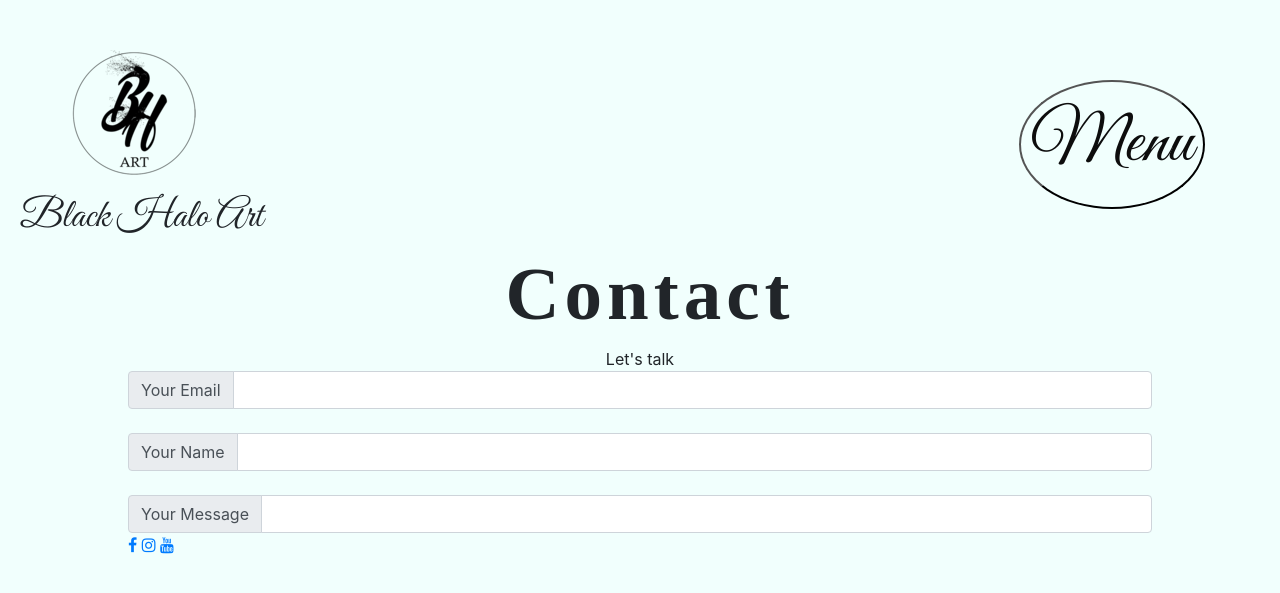
Repository: Cosy-Chaos/project-time
Page: contact.html
The author's editor kept a record of every edit. The page is drawn from the files as they stood at one moment, then again after the next edit.
The browser window is 1280 px wide. The pictures show the whole page.
Some web fonts or font styles are not loaded; a fallback is used.

Above is the page before.

### contact.html
<!DOCTYPE html>
<html lang="en">

<head>
    <meta charset="UTF-8">
    <meta name="viewport" content="width=device-width, initial-scale=1.0">
    <meta http-equiv="X-UA-Compatible" content="ie=edge">
    <link href="https://fonts.googleapis.com/css?family=Cinzel|Fredericka+the+Great|Great+Vibes&display=swap" rel="stylesheet">
    <link rel="stylesheet" href="https://stackpath.bootstrapcdn.com/bootstrap/4.3.1/css/bootstrap.min.css" integrity="sha384-ggOyR0iXCbMQv3Xipma34MD+dH/1fQ784/j6cY/iJTQUOhcWr7x9JvoRxT2MZw1T" crossorigin="anonymous">
    <link rel="stylesheet" href="assets/style_contact.css" type="text/css" />
    <link rel="stylesheet" href="https://stackpath.bootstrapcdn.com/font-awesome/4.7.0/css/font-awesome.min.css" type="text/css" />

    <title>Darja Klusina Art</title>
</head>

<body>

    <div class="main-logo">
        <a href="index.html" alt="Main Page"><img src="assets/logo/logo-small.png" alt="Main_Logo"></a></img>
        <div class="name">
            <h1>Black Halo Art</h1>
            <h2>Contact</h2>
        </div>
        <div class="dropdown">
            <button class="dropbtn">Menu</button>
            <div class="dropdown-content">
                <a href="index.html">Home</a>
                <a href="gallery.html">Gallery</a>
                <a href="about.html">About</a>
                <a href="contact.html">Contact</a>
            </div>
        </div>
    </div>

    <div class="content-wrapper">
        <div class="contact-page site-content">
            <div class="conteiner-small text-center">
                <div class="contact-main">
                    <div class="contact-title title-font">Let's talk</div>
                </div>
            </div>
            <div <div class="input-group">
                <div class="input-group-prepend">
                    <span class="input-group-text">Your Email</span>
                </div>
                <input type="text" aria-label="Your email" class="form-control">
            </div>

            <br>

            <div class="input-group">
                <div class="input-group-prepend">
                    <span class="input-group-text">Your Name</span>
                </div>
                <input type="text" aria-label="Your name" class="form-control">
            </div>

            <br>

            <div class="input-group">
                <div class="input-group-prepend">
                    <span class="input-group-text">Your Message</span>
                </div>
                <input type="text" aria-label="Your message" class="form-control">
            </div>

                <div class="about-social">
        <div class="so-item">

            <a href="https://www.facebook.com/blackhaloartist" target="_blank"><i class="fa fa-facebook"></i></a>
            <a href="https://www.instagram.com/blackhaloart/?fbclid=IwAR0IRtwjyj7-B-Tjv5CWjwHUeW9T6ptEm2dCBusSJtjk9olMUAFV6_Zk6og" target="_blank"><i class="fa fa-instagram"></i></a>
            <a href="https://www.youtube.com/channel/UCi3hfkN2DdiEeLvPHpxXXuQ?fbclid=IwAR0wBTjIhNcOKGbDGRSvACz2A8fbxU-7GMN3wKTMOusY2LFUkzb-oG_WCSA" target="_blank"><i class="fa fa-youtube"></i></a>

        </div>

        </div>
    </div>



</body>

</html>

### assets/style_contact.css
body {
    background-color: #f1fffd;
}



.main-logo {
    padding-top: 50px;
    padding-left: 20px;
    margin: 0;
    text-align: left;

}

.main-logo img {
    padding-left: 50px;
}

.main-logo h1 {
    font-family: 'Great Vibes', cursive;
    padding-top: 15px;
    text-align: left;
}

.main-logo h2 {
    text-align: center;
    font-family: 'Fredericka the Great', cursive;
    font-size: 75px;
    font-weight: 600;
    letter-spacing: 5px;
}

.dropbtn {
    background-color: transparent;
    font-family: 'Great Vibes', cursive;
    color: #0d0d0d;
    font-size: 70px;
    padding: 10px;
    border-radius: 100%;
}

.dropdown {
    position: absolute;
    top: 80px;
    right: 75px;
    display: inline-block;
}


.dropdown-content {
    display: none;
    position: absolute;
    background-color: transparent;
    min-width: 185px;
    box-shadow: 0px 2px 8px 0px #191970;
    z-index: 1;
}


.dropdown-content a {
    color: #0d0d0d;
    font-family: 'Great Vibes', cursive;
    text-align: center;
    font-size: 40px;
    padding: 12px 16px;
    text-decoration: none;
    display: block;
}


.dropdown-content a:hover {
    background-color: #ddd;
}


.dropdown:hover .dropdown-content {
    display: block;
}


.dropdown:hover .dropbtn {
    background-color: transparent;
}

.content-wrapper {
    padding-left: 10%;
    padding-right: 10%;
}
.content-wrapper {
    -webkit-box-flex: 1;
    -ms-flex: 1;
    flex: 1;
    height: initial;
}
.content-wrapper {
    -webkit-box-flex: 1;
    -ms-flex: 1 1 auto;
    flex: 1 1 auto;
    height: 100%;
}

After the next edit:
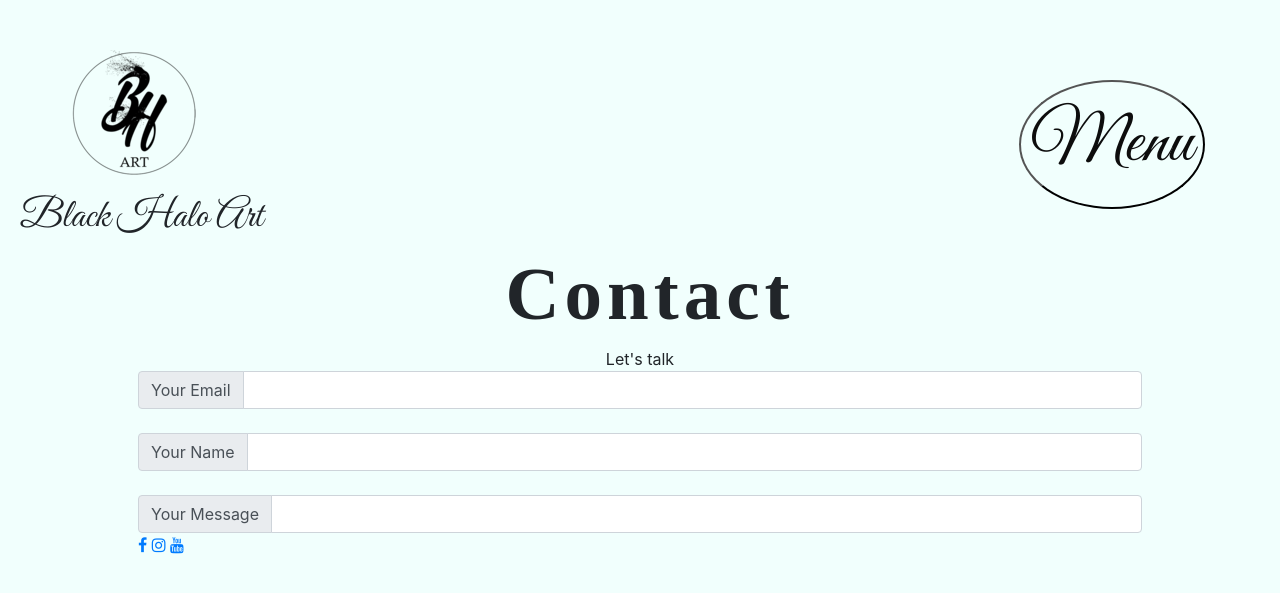
The edit:
--- a/assets/style_contact.css
+++ b/assets/style_contact.css
@@ -98,3 +98,47 @@
     flex: 1 1 auto;
     height: 100%;
 }
+
+.site-wrapper {
+    padding-left: 10%;
+    padding-right: 10%;
+}
+.site-wrapper {
+    -webkit-box-flex: 1;
+    -ms-flex: 1;
+    flex: 1;
+    height: initial;
+}
+.site-wrapper {
+    -webkit-box-flex: 1;
+    -ms-flex: 1 1 auto;
+    flex: 1 1 auto;
+    height: 100%;
+}
+
+.contact-page {
+    padding-bottom: 3.75rem;
+}
+
+.site-content {
+    margin-left: 0.625rem;
+    margin-right: 0.625rem;
+}
+
+.contact-page>.container-small {
+    padding-left: 0;
+    padding-right: 0;
+}
+.container-small {
+    max-width: 51.25rem;
+}
+.container-small, .container-lg {
+    margin-left: auto;
+    margin-right: auto;
+    padding-left: 0.9375rem;
+    padding-right: 0.9375rem;
+    width: 100%;
+}
+.text-center {
+    text-align: center;
+}
